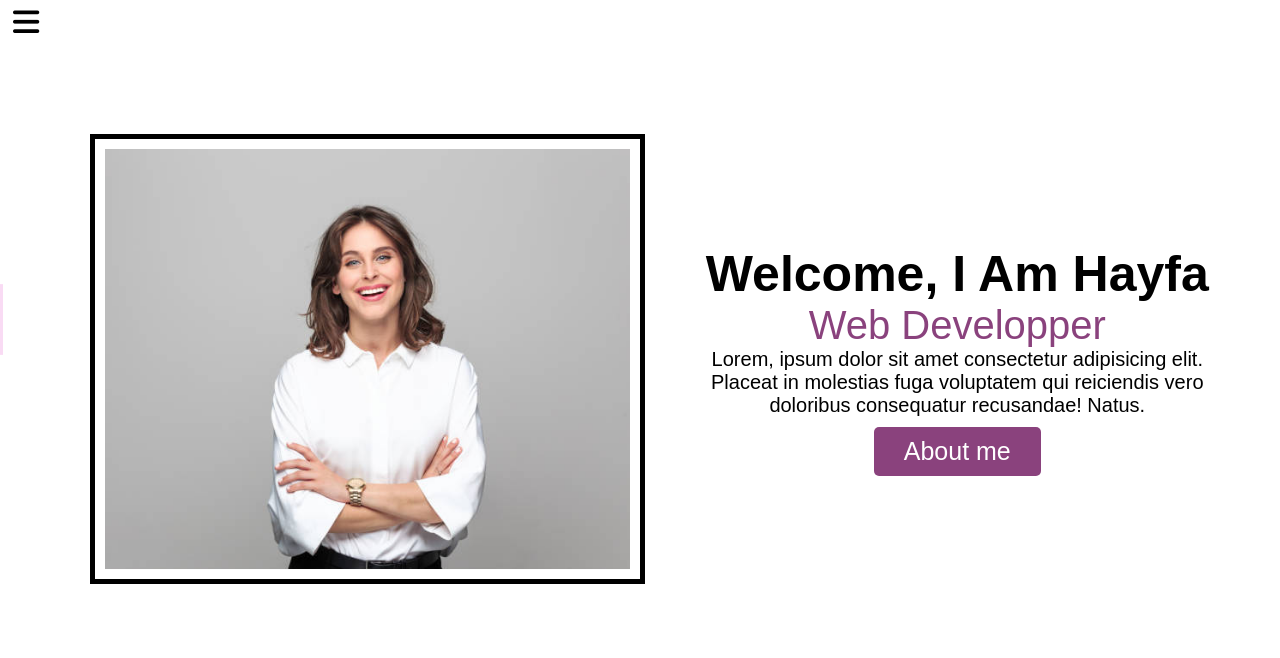
Repository: haifabilel/portfolio_project
Page: http://localhost/
An editor plug-in stored every save of this project. The page is shown before and after a run of saves, followed by the edit.
The browser window is 1280 px wide. The pictures show the whole page.
Some web fonts or font styles are not loaded; a fallback is used. The page is run by PHP 8.4 with error messages shown; the project is at /var/www/html/.

Above is the page before, as saved 2023-09-10 14:10:09.

After the next 2 saves:
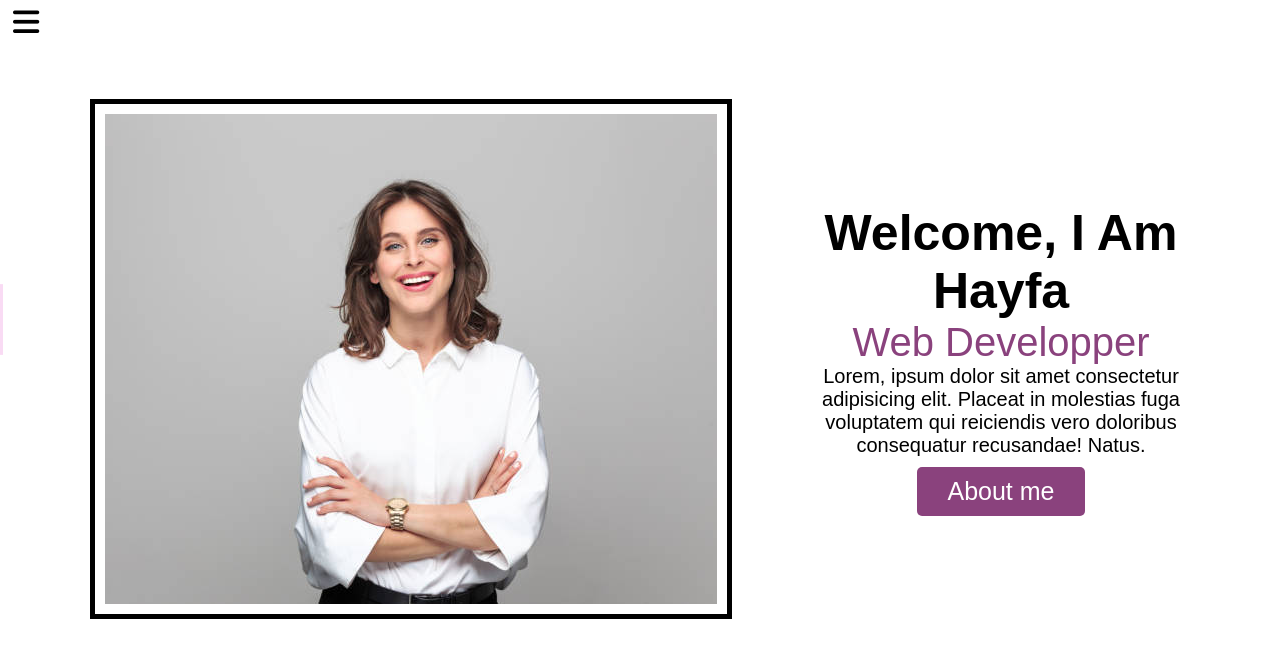
The 2 saves are shown as one change because they came seconds apart.
The last was saved 2 min 8 s later.
--- a/css/style.css
+++ b/css/style.css
@@ -133,7 +133,7 @@
     font-size: 2rem;
 }
 .home .image img{
-    height:45rem;
+    height:auto;
     padding:1rem;
     margin:30px;
     border :5px solid black;

After the save that followed:
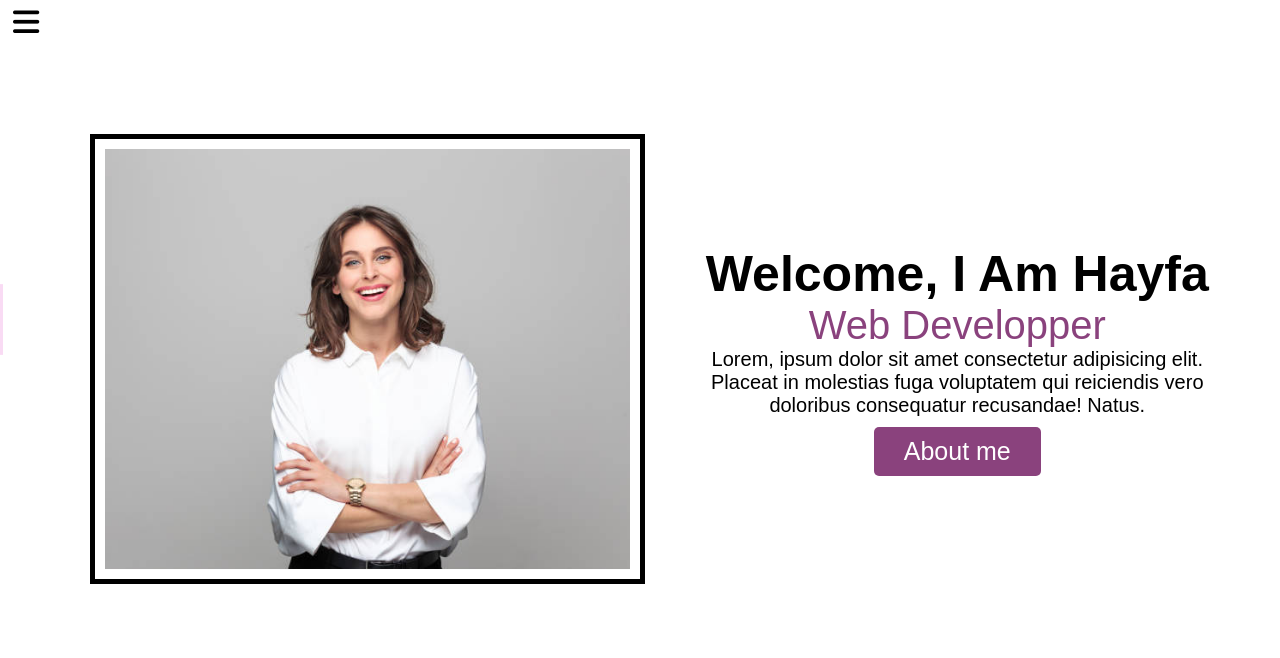
Saved 16 s later.
--- a/css/style.css
+++ b/css/style.css
@@ -133,7 +133,7 @@
     font-size: 2rem;
 }
 .home .image img{
-    height:auto;
+    height:45rem;
     padding:1rem;
     margin:30px;
     border :5px solid black;
